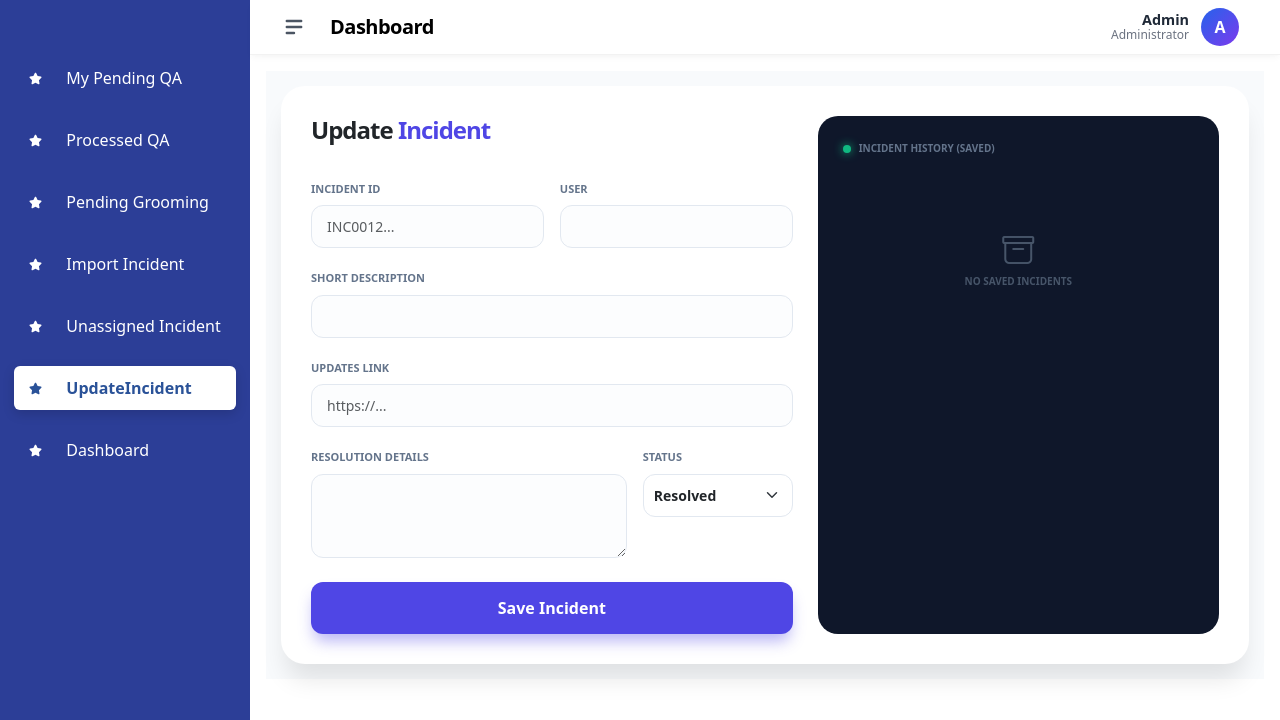
Repository: ArunGOW/ServiceNow_QA-audit
Page: /dashboard/UpdateIncident
These files come from the project's save history. The page is drawn as it stood at one moment and after the next save; the edit follows.
The browser window is 1280 px wide. The pictures show the whole page.
The project was rebuilt for these pictures with package versions that can differ from the ones it lists, and the page was loaded fresh each time. Some packages were replaced by stand-ins written for this rebuild. Also part of the build but not shown: vite.config.js, src/components/Login.jsx, src/utils/logger.jsx, src/hooks/usePendingIncidents.jsx, src/components/tables/PendingQATable.jsx, src/components/PaginationControls.css, src/components/PaginationControls.jsx, src/pages/PendingQAPage.jsx and 15 more.

Above is the page before, as saved 2026-01-23 04:46:17.

After the next save:
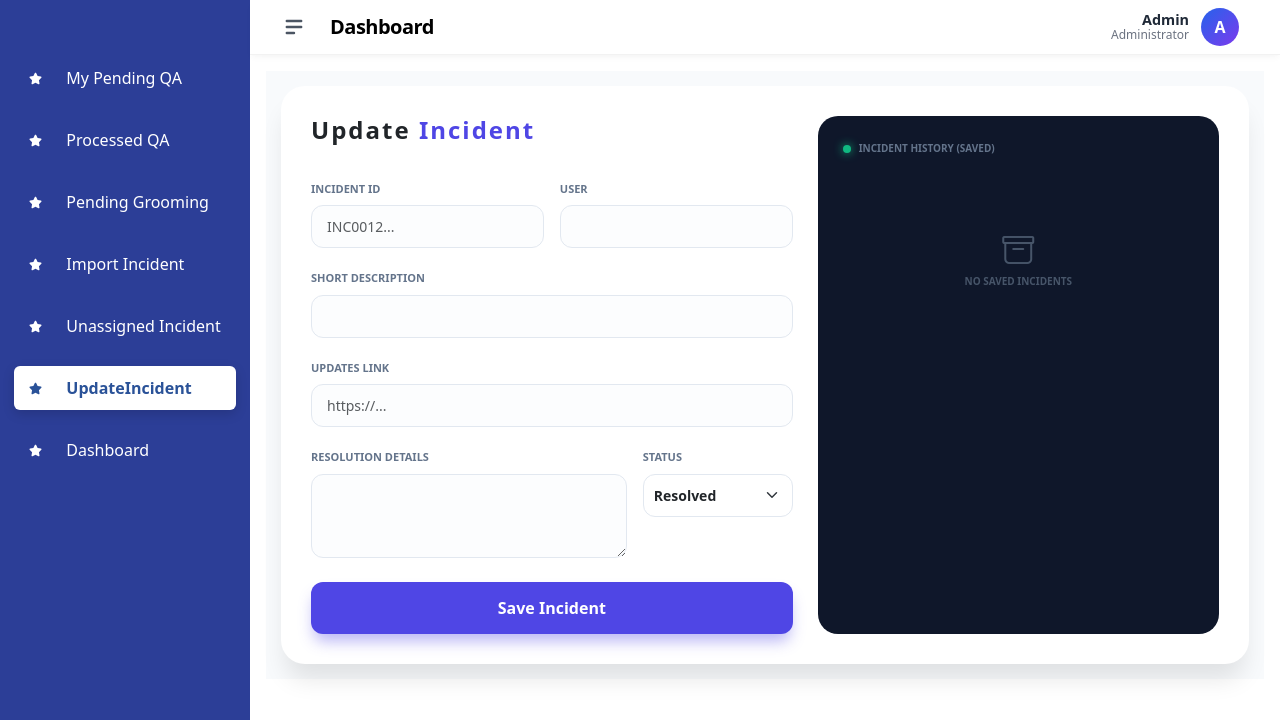
Saved 12 s later.
--- a/src/pages/UpdateIncident.jsx
+++ b/src/pages/UpdateIncident.jsx
@@ -348,7 +348,7 @@ const UpdateIncident = () => {
 const styles = {
   pageWrapper: { backgroundColor: '#f8fafc', height: '100%', display: 'flex', alignItems: 'center', justifyContent: 'center', padding: '15px' },
   mainGrid: { display: 'grid', gridTemplateColumns: '1.2fr 1fr', gap: '25px', width: '100%', maxWidth: '1200px', backgroundColor: '#fff', borderRadius: '24px', padding: '30px', boxShadow: '0 20px 25px -5px rgba(0,0,0,0.1)' },
-  sectionTitle: { fontWeight: '900', marginBottom: '30px', letterSpacing: '-1px' },
+  sectionTitle: { fontWeight: '900', marginBottom: '30px', letterSpacing: '2px' },
   label: { fontSize: '11px', fontWeight: '800', color: '#64748b', textTransform: 'uppercase', marginBottom: '8px' },
   input: { borderRadius: '12px', padding: '10px 15px', border: '1px solid #e2e8f0', fontSize: '14px', backgroundColor: '#fcfdfe' },
   textarea: { borderRadius: '12px', padding: '12px', border: '1px solid #e2e8f0', fontSize: '13px', backgroundColor: '#fcfdfe' },
